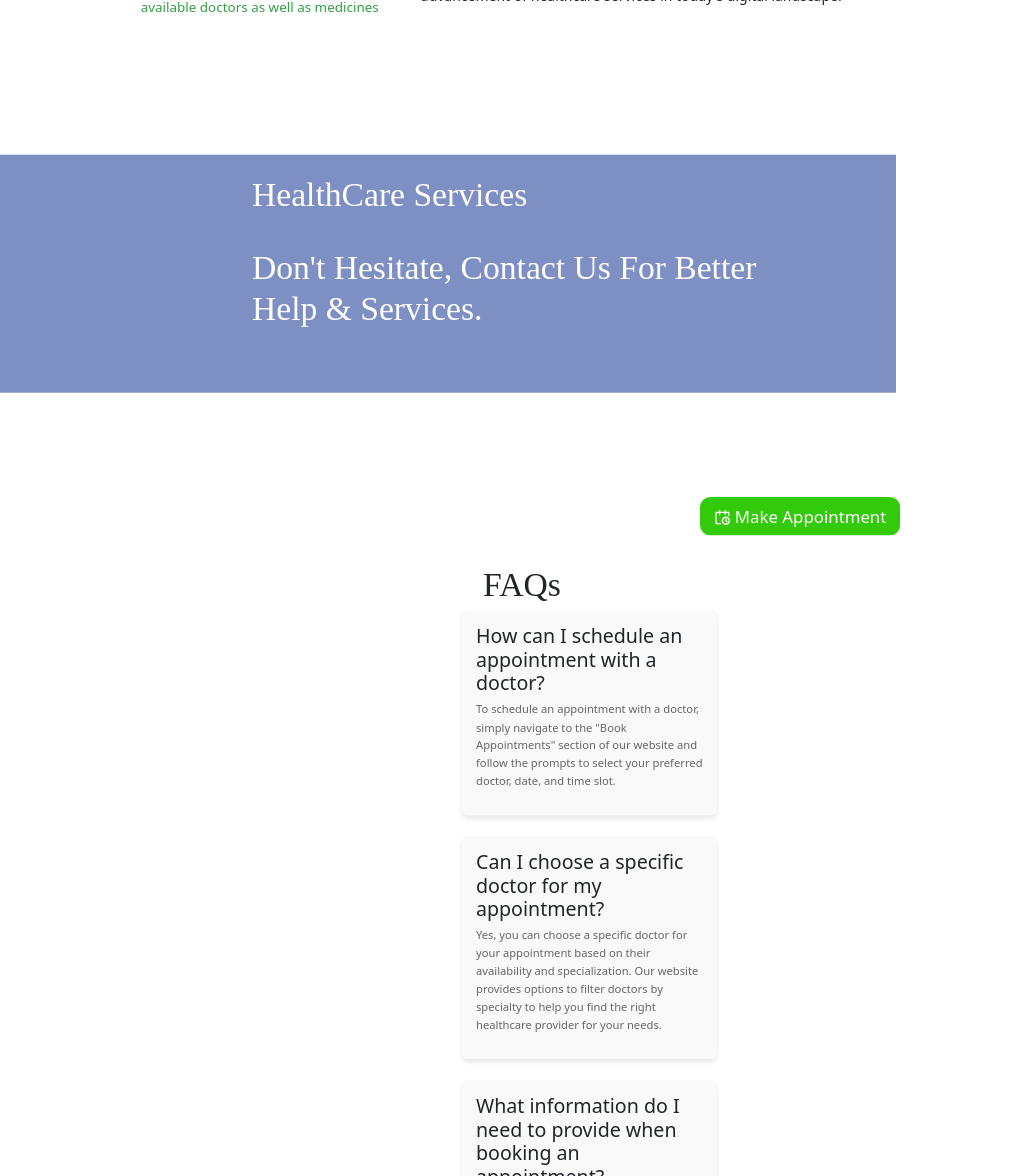
Repository: WajihaGul/MedicalApp-Frontend
Page: /
The author's editor kept a copy of each file at every save. The page is drawn from the files as they stood at one save, then again after the next save.
The browser window is 1280 px wide. The page is 1457 px wide, so the pictures cover 1457 px, including what lies to the right of the window. The pictures show the part of the page from y = 1820 to 3500 px (the page is 4958 px tall before and 4744 px after), at 70% of full size.
The project was rebuilt for these pictures with package versions that can differ from the ones it lists, and the page was loaded fresh each time. Also part of the build but not shown: vite.config.js, src/index.css, src/App.css.

Above is the page before, as saved 2024-05-08 23:03:47.

### public/index.html
<!DOCTYPE html>
<html lang="en">
  <head>
    <meta charset="utf-8" />
    <link rel="icon" href="%PUBLIC_URL%/favicon.ico" />
    <meta name="viewport" content="width=device-width, initial-scale=1" />
    <meta name="theme-color" content="#000000" />
    <meta
      name="description"
      content="Web site created using create-react-app"
    />
    <link rel="apple-touch-icon" href="%PUBLIC_URL%/logo192.png" />

    <link rel="manifest" href="%PUBLIC_URL%/manifest.json" />

    <title>Health Buddy</title>

    <!-- Bootstrap CSS -->

    <link href="https://cdn.jsdelivr.net/npm/bootstrap@5.3.3/dist/css/bootstrap.min.css" rel="stylesheet">
  </head>
  <body>
    <noscript>You need to enable JavaScript to run this app.</noscript>
    <div id="root"></div>

  </body>
</html>

### src/index.js
import React from "react";
import ReactDOM from "react-dom/client";
import "./index.css";
import "bootstrap/dist/css/bootstrap.min.css";
import { Auth0Provider } from "@auth0/auth0-react";
import App from "./App";

const root = ReactDOM.createRoot(document.getElementById("root"));
root.render(
  <Auth0Provider
    domain="dev-0g3c3dxmqjxyqw2c.us.auth0.com"
    clientId="oMzUGa6dYetqfOyrTVNkJyeCd189p4oL"
    authorizationParams={{
      redirect_uri: window.location.origin,
    }}
  >
    <App />
  </Auth0Provider>
);

### src/App.js
import "./App.css";
import Homepage from "./Pages/Homepage";
function App() {
  return (
    <>
      <Homepage />
    </>
  );
}

export default App;

### src/Pages/Homepage.jsx
import Accomplishments from "../Components/Accomplishments/Accomplishments";
import Experience from "../Components/Experience/Experience";
import LandingPage from "./../Components/LandingPage/LandingPage";
import NavigationBar from "./../Components/NavigationBar/Navbar";
import MakeAppointment from "../Components/MakeAppointment/MakeAppointment";
import Footer from "../Components/Footer/Footer";
import Faqs from "../Components/FAQS/Faqs";

const Homepage = () => {
  return (
    <>
      <NavigationBar />
      <LandingPage />
      <Accomplishments />
      <Experience />
      <MakeAppointment />
      <Faqs />
      <Footer />
    </>
  );
};

export default Homepage;

### src/Components/Accomplishments/Accomplishments.jsx
import styles from "./Accomplishments.module.css";

const Accomplishments = () => {
  return (
    <div className={styles.container}>
      <div className={styles.innerContainer}>
        <div className={styles.column1}>
          <img
            className={styles.cols_img}
            src="https://medi-dove.netlify.app/img/counter/counter-icon-7.png"
            alt=""
          />

          <p className={styles.explanationi}>540 + </p>

          <p className={styles.explanationii}>Expert Doctors</p>

          <p className={styles.explanationiii}>
            Our team of dedicated professionals ensures personalized care and
            expert guidance tailored to your unique health needs
          </p>
        </div>

        <div className={styles.column1}>
          <img
            className={styles.cols_img}
            src="https://medi-dove.netlify.app/img/counter/counter-icon-9.png"
            alt=""
          />

          <p className={styles.explanationi}>899+</p>

          <p className={styles.explanationii}>Problem Solve</p>

          <p className={styles.explanationiii}>
            Benefit from our extensive expertise in resolving medical
            challenges, offering tailored solutions that prioritize patient
            well-being.
          </p>
        </div>

        <div className={styles.column3}>
          <img
            className={styles.cols_img}
            src="https://medi-dove.netlify.app/img/counter/counter-icon-83.png"
            alt=""
          />

          <p className={styles.explanationi}>100+</p>

          <p className={styles.explanationii}>Award Winner</p>

          <p className={styles.explanationiii}>
            With a track record of excellence, we continue to set the standard
            for cutting-edge medical information and services
          </p>
        </div>
      </div>
    </div>
  );
};

export default Accomplishments;

### src/Components/Experience/Experience.jsx
import styles from "./Experience.module.css";

const Experience = () => {
  return (
    <>
      <div className={styles.container}>
        <div className={styles.divimg}>
          <img
            className={styles.eimg}
            src="/Assets/Experience_image.png"
            alt="logo here"
          />
        </div>

        <div>
          <h1 className={styles.ehead1}>25+ Years Of Experience</h1>
          <br />
          <h6 className={styles.ehead6}>
            HealthBuddy helps you in searching available doctors as well as
            medicines
          </h6>
        </div>
        <div>
          <p className={styles.story_p}>
            Drawing upon a wealth of over 25 years of collective experience in
            the healthcare sector, our team brings unparalleled expertise to the
            development of medical websites. With a focus on user-centric design
            and accessibility, we create intuitive interfaces that prioritize
            patient engagement and professional credibility. By staying abreast
            of the latest industry trends and technological advancements, we
            ensure that our websites not only meet but exceed the expectations
            of both healthcare providers and their patients. Our commitment to
            excellence drives us to deliver solutions that resonate with our
            clients' goals and aspirations, ultimately contributing to the
            advancement of healthcare services in today's digital landscape.
          </p>
        </div>
      </div>
    </>
  );
};
export default Experience;

### src/Components/LandingPage/LandingPage.jsx
import React from "react";
import "bootstrap/dist/css/bootstrap.min.css";
import { Carousel } from "react-bootstrap";
import styles from "./LandingPage.module.css";

const LandingPage = () => {
  return (
    <Carousel>
      <Carousel.Item>
        <img
          className={styles.dblock}
          src="https:hips.hearstapps.com/hmg-prod/images/types-of-doctors-1600114658.jpg?crop=0.974xw:0.729xh;0,0&resize=1200:*"
          alt="First slide"
        />
        <Carousel.Caption>
          <h3 className={styles.sliders_h}>Welcome to HealthBuddy</h3>
          <p className={styles.sliders_p}>
            We are dedicated to providing compassionate care and innovative
            medical solutions tailored to your needs.
          </p>
        </Carousel.Caption>
      </Carousel.Item>
      <Carousel.Item>
        <img
          className={styles.dblock}
          src="https://medi-dove.netlify.app/img/home4/about/overlap.png"
          alt="Second slide"
        />
        <Carousel.Caption>
          <h3 className={styles.sliders_h}>
            Find Trusted Doctors in Your Area
          </h3>
          <p className={styles.sliders_p}>
            Whether you need a primary care physician, specialist, or allied
            healthcare provider, we've got you covered.
          </p>
        </Carousel.Caption>
      </Carousel.Item>
      <Carousel.Item>
        <img
          className={styles.dblock}
          src="https://drz0f01yeq1cx.cloudfront.net/1714474335549-158e1cf4-d33e-41ef-afb5-0ab23aea778c-4929.png"
          alt="Third slide"
        />
        <Carousel.Caption>
          <h3 className={styles.sliders_h}>Convenient Pharmacy Services</h3>
          <p className={styles.sliders_p}>
            Our pharmacy services make it easy to access the medications you
            need, right from the comfort of your own home.
          </p>
        </Carousel.Caption>
      </Carousel.Item>
    </Carousel>
  );
};

export default LandingPage;

### src/Components/NavigationBar/Navbar.jsx
import styles from "./Navbar.module.css";
import { useAuth0 } from "@auth0/auth0-react";

const Navbar = () => {
  const { loginWithRedirect, isAuthenticated, logout } = useAuth0();

  return (
    <>
      <nav className={styles.container}>
        <div className={styles.logo}>
          <img
            className={styles.nav_img}
            src="https://cdn.icon-icons.com/icons2/1465/PNG/512/588hospital_100778.png"
            alt="logo"
          />
          <h1 className={styles.nav_head}>HealthBuddy</h1>
        </div>
        <ul className={styles.navul}>
          <li href="#">Home</li>
          <li href="#">Doctors</li>
          <li href="#">Pharmacies</li>
          <li href="#">Contact Us</li>
        </ul>
        {isAuthenticated ? (
          <li>
            <button
              className={styles.customButton}
              onClick={() =>
                logout({ logoutParams: { returnTo: window.location.origin } })
              }
            >
              Log Out
            </button>
          </li>
        ) : (
          <li>
            <button
              className={styles.customButton}
              onClick={() => loginWithRedirect()}
            >
              Login
            </button>
          </li>
        )}
      </nav>
    </>
  );
};

export default Navbar;

### src/Components/MakeAppointment/MakeAppointment.jsx
import styles from "./MakeAppointment.module.css";
import { RiCalendarScheduleLine } from "react-icons/ri";

const MakeAppointment = () => {
  return (
    <>
      <div className={styles.container}>
        <div className={styles.divii}>
          <h3 className={styles.head3}>HealthCare Services</h3>
          <h1 className={styles.head1}>
            Don't Hesitate, Contact Us For Better Help & Services.
          </h1>
        </div>

        <div className={styles.ButtonHere}>
          <button className={styles.button} type="button">
            <RiCalendarScheduleLine className={styles.icon} />
            Make Appointment
          </button>
        </div>
      </div>
    </>
  );
};

export default MakeAppointment;

### src/Components/Footer/Footer.jsx
import React from "react";
import styles from "./Footer.module.css";
import {
  FaPhone,
  FaEnvelope,
  FaFacebook,
  FaTwitter,
  FaInstagram,
  FaLinkedin,
} from "react-icons/fa";

const Footer = () => {
  return (
    <>
      <footer className={styles.footer}>
        <div className={styles.container}>
          <div className={styles.footer_grid}>
            <div className={styles.footer_item}>
              <h3>Contact Us</h3>
              <p>
                <FaPhone /> +1-123-456-7890
              </p>
              <p>
                <FaEnvelope /> info@medicalwebsite.com
              </p>
            </div>
            <div className={styles.footer_item}>
              <h3>Quick Links</h3>
              <ul>
                <li>
                  <a href="#home">Home</a>
                </li>
                <li>
                  <a href="#doctors">Doctors</a>
                </li>
                <li>
                  <a href="#pharmacy">Pharmacy</a>
                </li>
                <li>
                  <a href="#appointments">Appointments</a>
                </li>
                <li>
                  <a href="#about">About Us</a>
                </li>
                <li>
                  <a href="#contact">Contact Us</a>
                </li>
              </ul>
            </div>
            <div className={styles.footer_item}>
              <h3>Services</h3>
              <ul>
                <li>
                  <a href="#appointment">Book Appointment</a>
                </li>
                <li>
                  <a href="#pharmacy-order">Order Medicine</a>
                </li>
              </ul>
            </div>
            <div className={styles.footer_item}>
              <h3>Follow Us</h3>
              <ul className={styles.social_icons}>
                <li>
                  <a href="https://facebook.com">
                    <FaFacebook />
                  </a>
                </li>
                <li>
                  <a href="https://twitter.com">
                    <FaTwitter />
                  </a>
                </li>
                <li>
                  <a href="https://instagram.com">
                    <FaInstagram />
                  </a>
                </li>
                <li>
                  <a href="https://linkedin.com">
                    <FaLinkedin />
                  </a>
                </li>
              </ul>
            </div>
          </div>
        </div>
        <div className={styles.footer_bottom}>
          <div className={styles.container}>
            <p>
              &copy; {new Date().getFullYear()} Medical Website. All rights
              reserved.
            </p>
          </div>
        </div>
      </footer>
    </>
  );
};

export default Footer;

### src/Components/FAQS/Faqs.jsx
import React from "react";
import styles from "./Faqs.module.css";

const Faqs = () => {
  return (
    <section className={styles.faq_section}>
      <div className={styles.faq_content}>
        <h2 className={styles.faq_h2}>FAQs</h2>
        <div className={styles.faq_item}>
          <h3>How can I schedule an appointment with a doctor?</h3>
          <p>
            To schedule an appointment with a doctor, simply navigate to the
            "Book Appointments" section of our website and follow the prompts to
            select your preferred doctor, date, and time slot.
          </p>
        </div>
        <div className={styles.faq_item}>
          <h3>Can I choose a specific doctor for my appointment?</h3>
          <p>
            Yes, you can choose a specific doctor for your appointment based on
            their availability and specialization. Our website provides options
            to filter doctors by specialty to help you find the right healthcare
            provider for your needs.
          </p>
        </div>
        <div className={styles.faq_item}>
          <h3>
            What information do I need to provide when booking an appointment?
          </h3>
          <p>
            When booking an appointment, you will need to provide basic
            information such as your name, contact details, reason for visit,
            and any relevant medical history. This information helps us ensure
            that you receive the appropriate care during your visit.
          </p>
        </div>
        <div className={styles.faq_item}>
          <h3>How can I order prescription medications from the pharmacy?</h3>
          <p>
            Ordering prescription medications from our pharmacy is easy. Simply
            log in to your account on our website, navigate to the pharmacy
            section, and browse our catalog of available medications. Add the
            desired items to your cart, proceed to checkout, and follow the
            instructions to complete your order
          </p>
        </div>

        <div className={styles.faq_item}>
          <h3>
            How long does it take for prescription medications to be delivered?
          </h3>
          <p>
            Prescription medication delivery times may vary depending on your
            location and the availability of the medications you have ordered.
            Typically, orders are processed and dispatched within 24 hours, and
            delivery times range from 2-3 business days.
          </p>
        </div>
      </div>
    </section>
  );
};

export default Faqs;

### src/Components/Accomplishments/Accomplishments.module.css
.container{
    margin:0 auto;
    width: 1200px;
    padding-top: 30px;
    padding-bottom: 30px;
    margin-top: 30px;
    display: flex;
    flex-direction: column;
}
.innerContainer{
    display: flex;
    flex-direction: row;
}
.column1 , .column2 , .column3{
    display: flex;
    flex-direction: column;
    justify-content: center;
    align-items: center;
}
.explanationi{
    font-size: xxx-large;
    font-weight: 700px;
}

.explanationii{
    color: green;
    font-size: larger;
    font-style: italic;
    margin-top: -12px;
}

.explanationiii{
    text-align: justify;
    margin-right: 23px;
    font-size:24px;
}

.cols_img{
    height: 150px;
    width: 150px;
    align-items: center !important;
    justify-content: center !important;
}

### src/Components/Experience/Experience.module.css
.container{
  margin: 0 auto;
  width: 1200px;
  margin-top: 138px;
  display: flex;
  flex-direction: row;
  margin-bottom: 138px;
}

.logo, .experience , .story{
  margin: 10px;
  height: 100px !important;
}

.story_p{
  padding: 44px;
    text-align: justify;
    font-size: 20px;
    width: 900px;
}
.divimg{

}
.ehead1{
  font-size: 69px;
}

.ehead6{
color: #339e46 ;
font-size: larger;
}
.eimg{
  height: 131px;
  margin-bottom: 102px;
  margin-top: 102px;
  padding-right: 30px;
}

### src/Components/LandingPage/LandingPage.module.css
.carousel {
  overflow: hidden; /* Hide any overflow */
}

.carousel-item img {
  max-width: 100%; /* Ensure images don't exceed the width of the container */
  max-height: 100vh; /* Adjust the height as needed to fit within the viewport */
  margin: auto; /* Center the images horizontally */
}

.dblock{
  height: 100vh;
  width: 100%;
  margin-bottom: 100px;
  filter: brightness(0.5);
}

.sliders_p{
  font-size: 48px;
  color: white;
  width: 1462px;
  text-align: center;
  padding-bottom: 156px;
  font-family: serif;
}

.sliders_h{
  font-size: 48px;
  font-family: serif;
}

### src/Components/NavigationBar/Navbar.module.css
nav {
    position: fixed;
    top: 0;
    left: 0;
    width: 100%;
    display: flex;
    justify-content: space-between;
    align-items: center;
    height: 80px;
    padding: 0 30px;
    background-color: #4f4fa1;
    box-shadow: 0px 4px 10px rgba(0, 0, 0, 0.1);
    z-index: 10;
}

.navul {
  display: flex;
  gap: 53px;
  list-style-type: none;
  margin: 0;
  padding: 0;
  font-size: x-large;
  box-sizing: border-box;
  font-family: cursive;
  color: white;
  font-weight: 800;
}

.navbar-item {
  position: relative;
}

.navbar-item a {
  text-decoration: none;
  color: #fff;
  font-weight: bold;
  padding: 15px 20px;
  border-radius: 10px;
  transition: background-color 0.3s ease;
}

.navbar-item a:hover {
  background-color: rgba(255, 255, 255, 0.2); /* Semi-transparent background on hover */
}

.customButton {
  background-color: #f0f1ff;
    border: none;
    font-family: cursive;
    color: #2259b1;
    padding: 0px 32px;
    text-align: center;
    text-decoration: none;
    display: inline-block;
    margin: 4px 2px;
    cursor: pointer;
    border-radius: 4px;
    transition-duration: 0.4s;
    font-size: x-large;
    height: 54px;
    font-weight: 700;
}

.customButton:hover {

}


.btn-primary.btn-lg:hover {
  transform: scale(1.05); /* Scale button on hover */
}

.logo {
  display: flex;
  align-items: center;
}

.nav_img {
  height: 47px;
  margin-right: 20px;
  margin-top: -9px;
  margin-right: 14px;
}

.nav_head {
  font-size: 2.5rem;
  margin-left: -12px;
  color:#ffffff;
  font-family: cursive;
  margin-bottom: 1px;
  font-weight: 800;
  font-size: xx-large;
}

### src/Components/MakeAppointment/MakeAppointment.module.css
.container{
    background-color: rgb(126 144 195);
    height: 340px;
    margin-top: 152px
}
.head3{
    color: white;
    font-family: cursive;
    margin-left: 290px;
    padding-top: 18px;
    width: 800px;
    font-size: xxx-large;
    margin-right: 290px;
    padding-bottom: 18px;
}
.head1{
    margin-top: 30px;
    color: white;
    font-family: cursive;
    margin-left: 290px;
    font-size: xxx-large;
    width: 800px;
    margin-bottom: 30px;
    margin-right: 290px;
}

.ButtonHere, .divii{
    float: left;
    width: 280px;
    margin: 10px;
}

.divii{
    margin-left: 70px;
    margin-right: -32px;
}

.ButtonHere{
    margin-left: 1000px;
    margin-top: 200px;
}

.button{
    height: 55px;
    width: 286px;
    border-color: transparent;
    font-size: x-large;
    border-radius: 15px;
    background-color: #32ca0b;
    color: white;
}

.icon{
    margin-right: 6px;
    height: 54px;
}

### src/Components/Footer/Footer.module.css
.footer {
  background-color: #191931;
  padding-top: 26px;
  padding-left: 25px;
  font-family: emoji;
  color: white;
  display: flex;
  flex-direction: column;
  justify-content: space-between; /* Align content at the top and bottom */
  height: 100%; /* Make the footer take the full height */
}

.footer .container {
  justify-content: space-between;
  color: white;
}

.footer_grid {
  color: white;
  display: grid;
  grid-template-columns: repeat(4, 1fr);
  grid-gap: 30px;
}

.footer_item {
  color: white;
  margin-bottom: 30px;
}

.footer_item h3 {
  color: white;
  font-size: 1.2rem;
  margin-bottom: 15px;
  color: white;
}

.footer_item p {
  color: white;
  font-size: 1rem;
  margin-bottom: 10px;
}

.footer_item ul {
  color: white;
  list-style-type: none;
  padding: 0;
}

.footer_item ul li {
  margin-bottom: 5px;
  color: white;
}

.footer_item ul li a {
  color: #333;
  text-decoration: none;
  color: white;
}

.footer_item ul li a:hover {
  color: #007bff;
}

.social_icons {
  display: flex;
  padding: 0;
  color: white;
}

.social_icons li {
  margin-right: 10px;
  color: white;
}

.social_icons li:last-child {
  margin-right: 0;
  color: white;
}

.social_icons a {
  color: white;
  font-size: 1.2rem;
  text-decoration: none;
}

.social_icons a:hover {
  color: #007bff;
}

.footer_bottom {
  background-color:  #191931;
  padding: 15px 0;
  color: white;
  text-align: center;
}

.footer_bottom p {
  margin-left: -23px;
  font-size: 0.9rem;
  color: white;
}

### src/Components/FAQS/Faqs.module.css
.faq_section {
    max-width: 1587px;
    display: flex;
    padding-left: 300px;
    padding: 300p;
    padding-top: 32px;
    align-items: center;
    margin-left: 340px;
}
  .faq_h2{
    font-size: 3rem;
    font-family: emoji;
    padding-left: 30px;
  }
  .faq_content {
    width: 60%;
    padding-left: 20px;
  }


  .faq_item {
    margin-bottom: 30px;
    background-color: #f9f9f9;
    padding: 20px;
    border-radius: 8px;
    box-shadow: 0 4px 8px rgba(0, 0, 0, 0.1);
    transition: transform 0.3s ease;
  }

  .faq_item:hover {
    transform: translateY(-5px);
    color: #4f4fa1;
  }

  .faq-item h3 {
    font-size: 1.2rem;
    margin-bottom: 10px;
    color: #333;
  }

  .faq_item p {
    font-size: 1rem;
    line-height: 1.6;
    color: #666;
  }

After the next save:
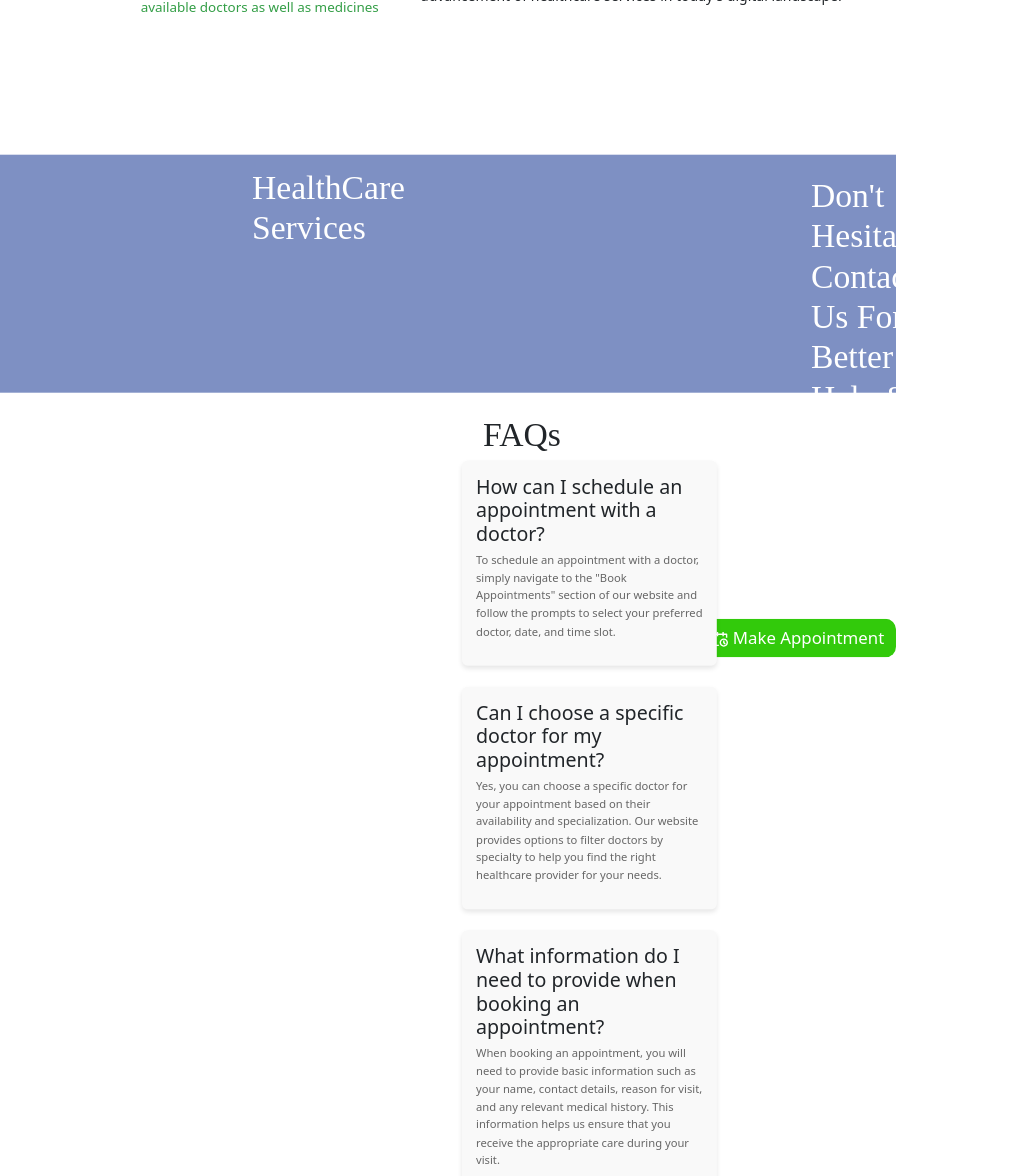
Saved 2 min 26 s later.
--- a/src/Components/MakeAppointment/MakeAppointment.module.css
+++ b/src/Components/MakeAppointment/MakeAppointment.module.css
@@ -25,9 +25,8 @@
 }
 
 .ButtonHere, .divii{
-    float: left;
-    width: 280px;
-    margin: 10px;
+display: flex;
+flex-direction: row;
 }
 
 .divii{
